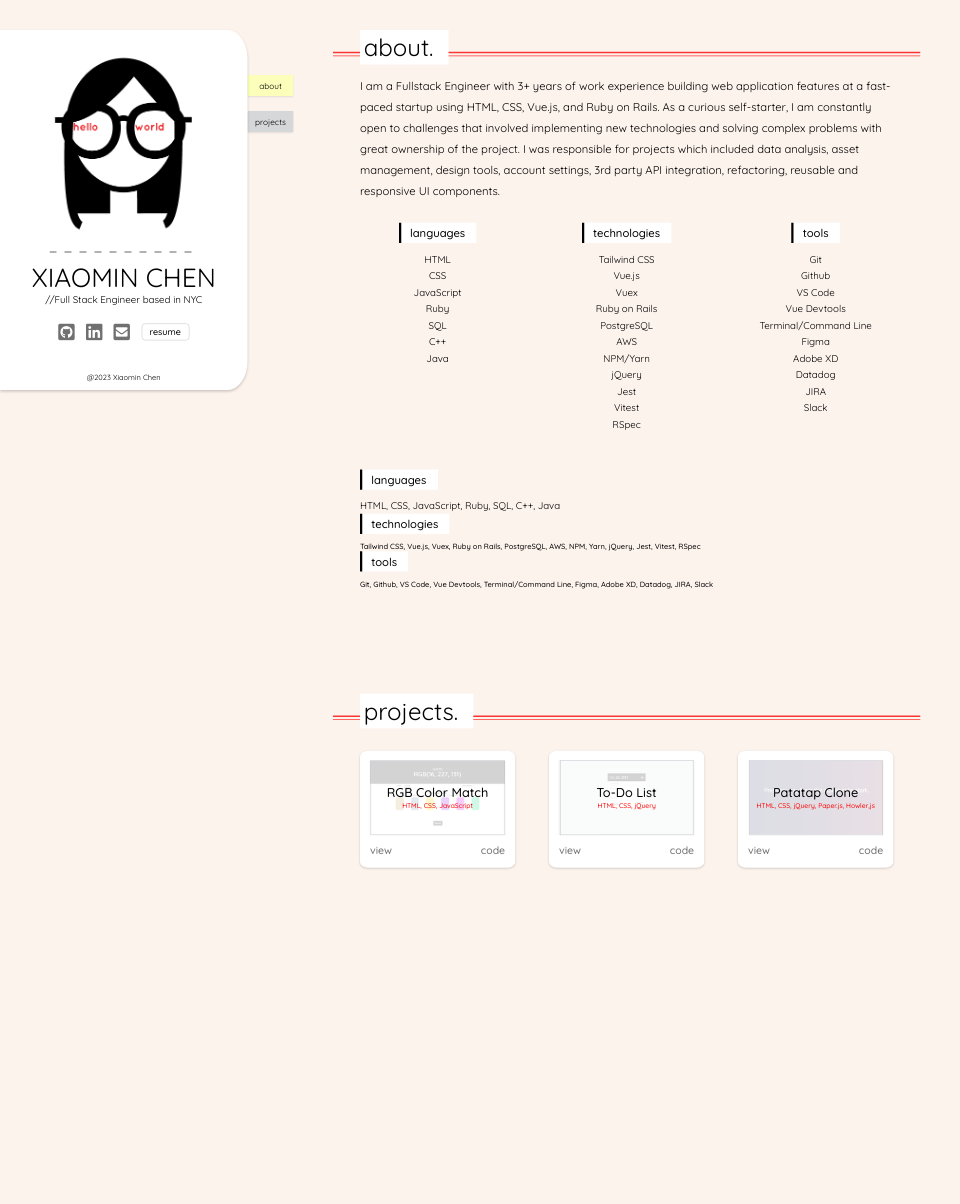
Repository: xchen136/xchen136.github.io
Page: index.html
An editor plug-in stored every save of this project. The page is shown before and after the next save, followed by the edit.
The browser window is 1280 px wide. The pictures show the whole page, at 75% of full size.
Some web libraries are served in a nearby version. The style sheet was rebuilt from its Sass, Less or Tailwind sources for each picture, by a compiler version that may differ from the author's.

Above is the page before, as saved 2023-04-08 13:08:47.

### index.html
<!DOCTYPE html>
<html lang="en">
<head>
	<meta charset="UTF-8">
	<meta name="viewport" content="width=device-width, initial-scale=1.0">
	<link rel="stylesheet" href="css/style.css">
	<link rel="shortcut icon" type="image/png" href="img/icon/favicon-32.png">
	<link rel="stylesheet" href="https://fonts.googleapis.com/css?family=Quicksand:300,400,500,700&display=swap">
	<link rel="stylesheet" href="https://use.fontawesome.com/releases/v5.8.1/css/all.css">
	<script src="https://code.jquery.com/jquery-3.6.4.min.js" integrity="sha256-oP6HI9z1XaZNBrJURtCoUT5SUnxFr8s3BzRl+cbzUq8=" crossorigin="anonymous"></script>

	<title>Xiaomin Chen</title>
</head>

<body class="main-background">
	<header id="home-header" class="header">
		<div class="header__profile">
			<div class="header__profile-logo-box">
				<img class="header__profile-avatar header__profile-logo"
					 alt="xiaomin's cartoon avatar"
					 srcset="img/avatar/cartoon_avatar-1x.png 1x, img/avatar/cartoon_avatar-2x.png 2x"
					 src="img/avatar/cartoon_avatar-2x.png">

				<img class="header__profile-avatar header__profile-photo"
					 alt="xiaomin's photo"
					 srcset="img/avatar/portrait_avatar-1x.jpg 1x, img/avatar/portrait_avatar-2x.jpg 2x"
					 src="img/avatar/portrait_avatar-2x.jpg">
			</div>

			<div class="header__divider-box">
				<div class="header__divider-line"></div>
			</div>

			<div class="header__content">
				<h1 class="heading-primary">
					<div class="heading-primary--main">Xiaomin Chen</div>
					<div class="heading-primary--sub">//Full Stack Engineer based in NYC</div>
				</h1>

				<div class="header__profileLinks">
					<a class="header__profileItem" href="https://github.com/xchen136" target="_blank"><i class="fab fa-github-square"></i></a>

					<a class="header__profileItem" href="https://www.linkedin.com/in/xchen136" target="_blank"><i class="fab fa-linkedin"></i></a>

					<!-- <a class="header__profileItem" href="https://www.instagram.com/wata.hia/" target="_blank"><i class="fab fa-instagram"></i></a> -->

					<a class="header__profileItem header__profileItem--email" tooltip="click to copy email">
						<i class="fas fa-envelope-square"></i>
					</a>

					<span class="header__btn-resume">
						<a href="Xiaomin_Chen_Resume.pdf" download>resume</a>
					</span>
				</div>

				<footer class="footer--home">@2023 Xiaomin Chen</footer>
			</div>
		</div>

		<nav id="home-nav" class="section-tab">
			<ul>
				<li class="section-tab__item section-tab__item--about"><a class="section-tab__link" href="#about">about</a></li>
				<!-- <li class="section-tab__item section-tab__item--design"><a class="section-tab__link" href="#design">design</a></li> -->
				<li class="section-tab__item section-tab__item--develop"><a class="section-tab__link" href="#projects">projects</a></li>
			</ul>
		</nav>
	</header>

	<main class="content">
		<section id="about" class="section-about">

			<div class="section-title">
				<div class="section-title__divider"></div>
				<h2 class="heading-secondary heading-secondary--sectionTitle">about.</h2>
			</div>

			<p class="section-about__summary">I am a Fullstack Engineer with 3+ years of work experience building web application features at a fast-paced startup using HTML, CSS, Vue.js, and Ruby on Rails.
				As a curious self-starter, I am constantly open to challenges that involved implementing new technologies and solving complex problems with great ownership of the project.
				I was responsible for projects which included data analysis, asset management, design tools, account settings, 3rd party API integration, refactoring, reusable and responsive UI components. </p>

			<div class="skill-box-row skill-box row">
				<div class="col-1-of-3">
					<!-- <img class="icon"
						 alt="icon for languages"
						 srcset="img/icon/icon-tech-1x.png 1x, img/icon/icon-tech-2x.png 2x"
						 src="img/icon/icon-tech-2x.png"> -->

					<h3 class="heading-tertiary skill-title">Languages</h3>
					<ul class="skill">
						<li class="skill__item">HTML</li>
						<li class="skill__item">CSS</li>
						<li class="skill__item">JavaScript</li>
						<li class="skill__item">Ruby</li>
						<li class="skill__item">SQL</li>
						<li class="skill__item">C++</li>
						<li class="skill__item">Java</li>
					</ul>
				</div>
				<div class="col-1-of-3">
					<!-- <img class="icon"
						 alt="icon for technology"
						 srcset="img/icon/icon-tech-1x.png 1x, img/icon/icon-tech-2x.png 2x"
						 src="img/icon/icon-tech-2x.png"> -->

					<h3 class="heading-tertiary skill-title">Technologies</h3>
					<ul class="skill">
						<li class="skill__item">Tailwind CSS</li>
						<li class="skill__item">Vue.js</li>
						<li class="skill__item">Vuex</li>
						<li class="skill__item">Ruby on Rails</li>
						<li class="skill__item">PostgreSQL</li>
						<li class="skill__item">AWS</li>
						<li class="skill__item">NPM/Yarn</li>
						<li class="skill__item">jQuery</li>
						<li class="skill__item">Jest</li>
						<li class="skill__item">Vitest</li>
						<li class="skill__item">RSpec</li>
					</ul>
				</div>
				<div class="col-1-of-3">
					<!-- <img class="icon"
						 alt="icon for tool"
						 srcset="img/icon/icon-tool-1x.png 1x, img/icon/icon-tool-2x.png 2x"
						 src="img/icon/icon-tool-2x.png"> -->
					<h3 class="heading-tertiary skill-title">Tools</h3>
					<ul class="skill">
						<li class="skill__item">Git</li>
						<li class="skill__item">Github</li>
						<li class="skill__item">VS Code</li>
						<li class="skill__item">Vue Devtools</li>
						<li class="skill__item">Terminal/Command Line</li>
						<li class="skill__item">Figma</li>
						<li class="skill__item">Adobe XD</li>
						<li class="skill__item">Datadog</li>
						<li class="skill__item">JIRA</li>
						<li class="skill__item">Slack</li>
					</ul>
				</div>
				<!-- <div class="col-1-of-3">
					<img class="icon"
						 alt="icon for design"
						 srcset="img/icon/icon-design-1x.png 1x, img/icon/icon-design-2x.png 2x"
					     src="img/icon/icon-design-2x.png">
					<h3 class="heading-tertiary skill-title">Design</h3>
					<ul class="skill">
						<li class="skill__item">Logo</li>
						<li class="skill__item">Poster</li>
						<li class="skill__item">Brochure</li>
						<li class="skill__item">Application</li>
						<li class="skill__item">Website</li>
					</ul>
				</div> -->
			</div>

			<div class="skill-box-col">
				<div class="">
					<h3 class="heading-tertiary skill-title">Languages</h3>
					<div class="skill">

						HTML, CSS, JavaScript, Ruby, SQL, C++, Java
					</div>
					<!-- <ul class="skill">
						<li class="skill__item">HTML</li>
						<li class="skill__item">CSS</li>
						<li class="skill__item">JavaScript</li>
						<li class="skill__item">Ruby</li>
						<li class="skill__item">SQL</li>
						<li class="skill__item">C++</li>
						<li class="skill__item">Java</li>
					</ul> -->
				</div>
				<div class="">
					<h3 class="heading-tertiary skill-title">Technologies</h3>
					<div>Tailwind CSS, Vue.js, Vuex, Ruby on Rails, PostgreSQL, AWS, NPM, Yarn, jQuery, Jest, Vitest, RSpec</div>
				</div>
				<div class="">
					<h3 class="heading-tertiary skill-title">Tools</h3>
					<div>Git, Github, VS Code, Vue Devtools, Terminal/Command Line, Figma, Adobe XD, Datadog, JIRA, Slack</div>
				</div>
			</div>
		</section>

		<!-- Jumping to <section> fail to change section-tab color to yellow, so will jump to id="design" class="locator" -->
		<!-- <section class="section-design">
			<div id="design" class="locator"></div>

			<div class="section-title">
				<div class="section-title__divider section-title__divider--long"></div>
				<h2 class="heading-secondary heading-secondary--sectionTitle">design.</h2>
			</div>

			<div class="section-design__content">
				<div class="row">
					<div class="col-1-of-4">
						<a href="design-chopstick.html">
							<div class="design-cover">
								<img class="design-cover__img"
									 alt="cropped cover for chopstick expedition's booklet design"
									 srcset="img/design-cover/chopstick-1x.jpg 1x, img/design-cover/chopstick-2x.jpg 2x"
									 src="img/design-cover/chopstick-2x.jpg">

								<div class="design-cover__content">
									<div class="design-cover__title">
										<p class="design-cover__title--main">Chopstick</p>
										<p class="design-cover__title--sub">Booklet</p>
									</div>
								</div>
							</div>
						</a>
					</div>
					<div class="col-1-of-4">
						<a href="design-yusaku.html">
							<div class="design-cover">
								<img class="design-cover__img"
									 alt="cropped cover for kamekura yusaku's design project"
									 srcset="img/design-cover/yusaku-eblast-1x.jpg 1x,
									         img/design-cover/yusaku-eblast-2x.jpg 2x"
								 	 src="img/design-cover/yusaku-eblast-2x.jpg">

								<div class="design-cover__content">
									<div class="design-cover__title">
										<p class="design-cover__title--main">Yusaku</p>
										<p class="design-cover__title--sub">Poster + Flyer</p>
									</div>
								</div>
							</div>
						</a>
					</div>
					<div class="col-1-of-4">
						<a href="design-ohny.html">
							<div class="design-cover">
								<img class="design-cover__img"
									 alt="cropped cover for open house new york's brochure design"
									 srcset="img/design-cover/ohny-1x.jpg 1x, img/design-cover/ohny-2x.jpg 2x"
									 src="img/design-cover/ohny-2x.jpg">

								<div class="design-cover__content">
									<div class="design-cover__title">
										<p class="design-cover__title--main">OHNY</p>
										<p class="design-cover__title--sub">Brochure</p>
									</div>
								</div>
							</div>
						</a>
					</div>
					<div class="col-1-of-4">
						<a href="design-metrofare.html">
							<div class="design-cover">
								<img class="design-cover__img"
									 alt="cropped cover for metrofare refill's app interface design"
									 srcset="img/design-cover/metrofare-refill-1x.jpg 1x,
									      img/design-cover/metrofare-refill-2x.jpg 2x"
									 src="img/design-cover/metrofare-refill-2x.jpg">

								<div class="design-cover__content">
									<div class="design-cover__title">
										<p class="design-cover__title--main">MetroFare Refill</p>
										<p class="design-cover__title--sub">App Interface</p>
									</div>
								</div>
							</div>
						</a>
					</div>
				</div>

				<div class="row">
					<div class="col-1-of-4">
						<a href="design-forest.html">
							<div class="design-cover">
								<img class="design-cover__img"
									 alt="cropped cover for the forest's movie poster design"
								     srcset="img/design-cover/the-forest-1x.jpg 1x, img/design-cover/the-forest-2x.jpg 2x"
								     src="img/design-cover/the-forest-2x.jpg">

								<div class="design-cover__content">
									<div class="design-cover__title">
										<p class="design-cover__title--main">The Forest</p>
										<p class="design-cover__title--sub">Poster</p>
									</div>
								</div>
							</div>
						</a>
					</div>
					<div class="col-1-of-4">
						<a href="design-sexualOffense.html">
							<div class="design-cover">
								<img class="design-cover__img"
									 alt="cropped cover for sexual offense's data visualization poster design"
									 srcset="img/design-cover/sexual-offense-1x.jpg 1x,
									 		 img/design-cover/sexual-offense-2x.jpg 2x"
									 src="img/design-cover/sexual-offense-2x.jpg">
								<div class="design-cover__content">
									<div class="design-cover__title">
										<p class="design-cover__title--main">Sexual Offense</p>
										<p class="design-cover__title--sub">Poster</p>
									</div>
								</div>
							</div>
						</a>
					</div>
					<div class="col-1-of-4">
						<a href="design-skyscraper.html">
							<div class="design-cover">
								<img class="design-cover__img"
									 alt="cropped cover for walking skyscraper's typography poster design"
									 srcset="img/design-cover/walking-skyscraper-1x.jpg 1x,
									 		 img/design-cover/walking-skyscraper-2x.jpg 2x"
									 src="img/design-cover/walking-skyscraper-2x.jpg">
								<div class="design-cover__content">
									<div class="design-cover__title">
										<p class="design-cover__title--main">Skyscraper</p>
										<p class="design-cover__title--sub">Poster</p>
									</div>
								</div>
							</div>
						</a>
					</div>
					<div class="col-1-of-4">
						<a href="design-superstudio.html">
							<div class="design-cover">
								<img class="design-cover__img"
									 alt="cropped cover for superstudio's world vision visual identity design"
									 srcset="img/design-cover/superstudio-1x.png 1x, img/design-cover/superstudio-2x.png 2x"
									 src="img/design-cover/superstudio-2x.png">
								<div class="design-cover__content">
									<div class="design-cover__title">
										<p class="design-cover__title--main">Superstudio</p>
										<p class="design-cover__title--sub">Logo</p>
									</div>
								</div>
							</div>
						</a>
					</div>
				</div>
			</div>


		</section> -->

		<section class="section-develop"> <!-- section-tab won't change to yellow when it jumps to this location-->

			<!-- to jump to a nice looking location-->
			<div id="projects" class="locator"></div>

			<div class="section-title">
				<div class="section-title__divider"></div>
				<h2 class="heading-secondary heading-secondary--sectionTitle">projects.</h2>
			</div>

			<div class="row">
				<div class="col-1-of-3 col-1-of-1">
					<div class="develop-cover">
						<div class="develop-cover__content">
							<img class="develop-cover__img"
								 alt="cover for the rgb color match coding project"
								 srcset="img/develop-cover/rgb-game-1x.png 1x, img/develop-cover/rgb-game-2x.png 2x"
								 src="img/develop-cover/rgb-game-2x.png">

							<div class="develop-cover__title">
								<p class="develop-cover__title--main">RGB Color Match</p>
								<p class="develop-cover__title--sub">HTML, CSS, JavaScript</p>
							</div>
						</div>

						<div class="develop-cover__btns">
							<a class="develop-cover__link develop-cover__link--left" href="coding-project/rgb-game/RGBgame.html" target="_blank">view</a>
							<a class="develop-cover__link develop-cover__link--right" href="https://github.com/xchen136/RGB-Color-Match" target="_blank">code</a>
						</div>
					</div>
				</div>

				<div class="col-1-of-3 col-1-of-1">
					<div class="develop-cover">
						<div class="develop-cover__content">
							<img class="develop-cover__img"
								 alt="cover for the todo list coding project"
								 srcset="img/develop-cover/todo-list-1x.png 1x, img/develop-cover/todo-list-2x.png 2x"
								 src="img/develop-cover/todo-list-2x.png">


							<div class="develop-cover__title">
								<p class="develop-cover__title--main">To-Do List</p>
								<p class="develop-cover__title--sub">HTML, CSS, jQuery</p>
							</div>
						</div>

						<div class="develop-cover__btns">
							<a class="develop-cover__link develop-cover__link--left" href="coding-project/todo-list/todo.html" target="_blank">view</a>
							<a class="develop-cover__link develop-cover__link--right" href="https://github.com/xchen136/To-do-List" target="_blank">code</a>
						</div>
					</div>
				</div>

				<div class="col-1-of-3 col-1-of-1">
					<div class="develop-cover">
						<div class="develop-cover__content">
							<img class="develop-cover__img"
								 alt="cover for the patatap coding project"
								 srcset="img/develop-cover/patatap-1x.png 1x, img/develop-cover/patatap-2x.png 2x"
								 src="img/develop-cover/patatap-2x.png">

							<div class="develop-cover__title">
								<p class="develop-cover__title--main">Patatap Clone</p>
								<p class="develop-cover__title--sub">HTML, CSS, jQuery, Paper.js, Howler,js</p>
							</div>
						</div>

						<div class="develop-cover__btns">
							<a class="develop-cover__link develop-cover__link--left" href="coding-project/patatap-clone/patatap.html" target="_blank">view</a>
							<a class="develop-cover__link develop-cover__link--right" href="https://github.com/xchen136/Patatap-Clone" target="_blank">code</a>
						</div>
					</div>
				</div>
			</div>

			<div class="row">
				<!-- <div class="col-1-of-3 col-1-of-1">
					<div class="develop-cover">
						<div class="develop-cover__content">
							<img class="develop-cover__img"
								 alt="cover for the step counting data visualization coding project"
								 srcset="img/develop-cover/step-counting-1x.png 1x,
								 		 img/develop-cover/step-counting-2x.png 2x"
								 src="img/develop-cover/step-counting-2x.png">

							<div class="develop-cover__title">
								<p class="develop-cover__title--main">Data Visualization</p>
								<p class="develop-cover__title--sub">HTML, CSS, jQuery, D3.js</p>
							</div>
						</div>

						<div class="develop-cover__btns">
							<a class="develop-cover__link develop-cover__link--left" href="coding-project/step-counting/step-counting.html" target="_blank">view</a>
							<a class="develop-cover__link develop-cover__link--right" href="https://github.com/xchen136/Step-Counting-and-Screen-Time" target="_blank">code</a>
						</div>
					</div>
				</div>	 -->

				<!-- <div class="col-1-of-3 col-1-of-1">
					<div class="develop-cover">
						<div class="develop-cover__content">
							<img class="develop-cover__img"
								 alt="cover for the song finder coding project"
								 srcset="img/develop-cover/song-finder-1x.png 1x, img/develop-cover/song-finder-2x.png 2x"
								 src="img/develop-cover/song-finder-2x.png">

							<div class="develop-cover__title">
								<p class="develop-cover__title--main">Song Track Finder</p>
								<p class="develop-cover__title--sub">HTML, CSS, jQuery, last.fm API</p>
							</div>
						</div>

						<div class="develop-cover__btns">
							<a class="develop-cover__link develop-cover__link--left" href="coding-project/song-track-finder/song-track-finder.html" target="_blank">view</a>
							<a class="develop-cover__link develop-cover__link--right" href="https://github.com/xchen136/Song-Track" target="_blank">code</a>
						</div>
					</div>
				</div>	 -->

<!-- 				<div class="col-1-of-3 col-1-of-1">
					<div class="develop-cover">
						<div class="develop-cover__content">
							<img class="develop-cover__img" src="#" alt="image cover for coding project ---">

							<div class="develop-cover__title">
								<p class="develop-cover__title--main">Coming Soon...</p>
								<p class="develop-cover__title--sub">%$#%#I^</p>
							</div>
						</div>

						<div class="develop-cover__btns">
							<a class="develop-cover__link develop-cover__link--left" href="#develop" target="_blank">view</a>
							<a class="develop-cover__link develop-cover__link--right" href="#develop" target="_blank">code</a>
						</div>
					</div>
				</div>	 -->
			</div>
		</section>

		<section class="section-contact"></section>
	</main>

	<script type="text/javascript" src="js/homepage.js"></script>
</body>
</html>

### sass/main.scss


@import "abstracts/mixins";
@import "abstracts/variables";

@import "base/animations";
@import "base/base";
@import "base/typography";
@import "base/utilities";

@import "components/autoSlide";
@import "components/card";
@import "components/design-cover";
@import "components/develop-cover";
@import "components/scroll-indicator";
@import "components/section-title";

@import "layout/design-content";
@import "layout/design-nav";
@import "layout/footer";
@import "layout/grid";
@import "layout/header";
@import "layout/section-tab";

@import "pages/home";

### sass/abstracts/_variables.scss


//GRID
$grid-width: 114rem;
$gutter-vertical-huge: 7rem;
$gutter-vertical-big: 6rem;
$gutter-vertical: 5rem;
$gutter-vertical-small: 3rem;
$gutter-horizontal-gigantic: 10rem;
$gutter-horizontal-huge: 7rem;
$gutter-horizontal: 4.5rem;
$gutter-horizontal-small: 3.5rem;
$gutter-horizontal-tiny: 2rem;
$gutter-horizontal-mini: 1rem;


//COLORS
$color-primary: #FDF3ED;
$color-gray: #D5D7DB;
$color-gray-dark: #707070;
$color-red: #FB0808;
$color-yellow: #FBFFB9;


//BOX-SHADOW
$shadow-default: 0 2px 4px rgba(#000000, .2);
$shadow-light: 0 1px 3px rgba(#000000, .2);


//HEADER WIDTH
$header-width-tabLand: 30rem;
$header-width-desktop: 35rem;

### sass/base/_utilities.scss

.u-margin-bottom-mini{
	margin-bottom: 1rem !important;
}

### sass/layout/_footer.scss


.footer{
	&--home{
		position: absolute;
		@include centerH;
		bottom: 1rem;
		font-weight: 400;

		@include respond(big-tab-port){
			font-size: 1.3rem;
		}

		@include respond(big-phone){
			font-weight: 500;
		}

		@include respond(sm-phone){
			font-size: 1.6rem;
			bottom: 2rem;
		}
	}

	&--design{
		display: flex;
		align-items: center;
		justify-content: center;
		height: 6vh;
		font-size: 1.2rem;

		@include respond(sm-tab-port){
			font-size: 2rem;
			height: 6rem;
		}

		@include respond(big-phone){
			font-size: 2.2rem;
			height: 7rem;
		}

		@include respond(sm-phone){
			font-size: 2.5rem;
		}
	}
}

Loaded but not shown: js/homepage.js (65 lines, source omitted); sass/layout/_header.scss (326 lines, source omitted); sass/layout/_grid.scss (164 lines, source omitted); sass/layout/_design-content.scss (205 lines, source omitted); sass/pages/_home.scss (214 lines, source omitted); sass/components/_develop-cover.scss (183 lines, source omitted); sass/base/_typography.scss (167 lines, source omitted); sass/abstracts/_mixins.scss (92 lines, source omitted); sass/components/_design-cover.scss (126 lines, source omitted); sass/layout/_design-nav.scss (135 lines, source omitted); sass/components/_card.scss (103 lines, source omitted); sass/base/_base.scss (57 lines, source omitted); sass/components/_autoSlide.scss (66 lines, source omitted); sass/layout/_section-tab.scss (67 lines, source omitted); sass/components/_section-title.scss (47 lines, source omitted); sass/components/_scroll-indicator.scss (53 lines, source omitted); sass/base/_animations.scss (92 lines, source omitted)

After the next save:
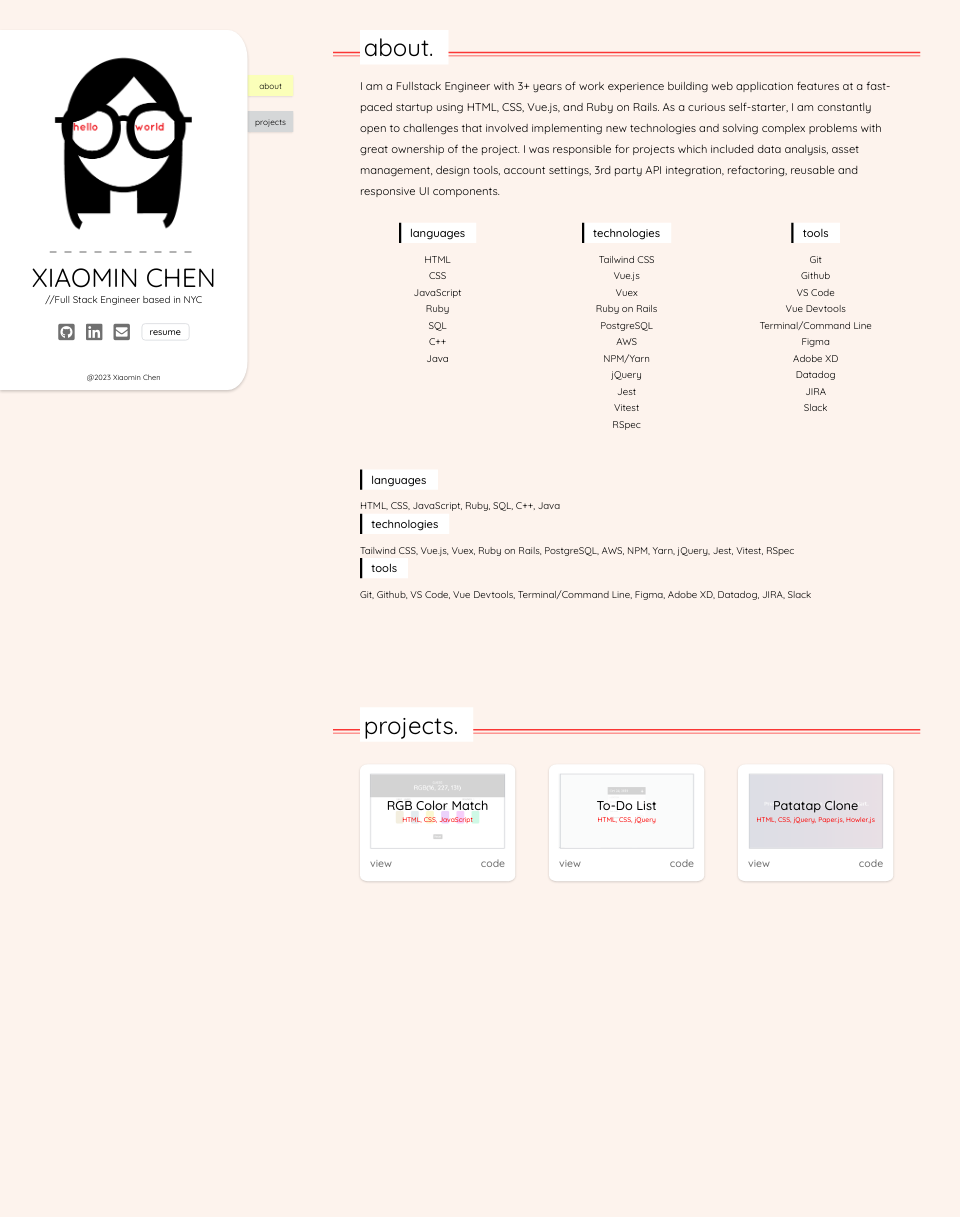
Saved 20 s later.
--- a/index.html
+++ b/index.html
@@ -156,26 +156,16 @@
 				<div class="">
 					<h3 class="heading-tertiary skill-title">Languages</h3>
 					<div class="skill">
-
 						HTML, CSS, JavaScript, Ruby, SQL, C++, Java
 					</div>
-					<!-- <ul class="skill">
-						<li class="skill__item">HTML</li>
-						<li class="skill__item">CSS</li>
-						<li class="skill__item">JavaScript</li>
-						<li class="skill__item">Ruby</li>
-						<li class="skill__item">SQL</li>
-						<li class="skill__item">C++</li>
-						<li class="skill__item">Java</li>
-					</ul> -->
 				</div>
 				<div class="">
 					<h3 class="heading-tertiary skill-title">Technologies</h3>
-					<div>Tailwind CSS, Vue.js, Vuex, Ruby on Rails, PostgreSQL, AWS, NPM, Yarn, jQuery, Jest, Vitest, RSpec</div>
+					<div class="skill">Tailwind CSS, Vue.js, Vuex, Ruby on Rails, PostgreSQL, AWS, NPM, Yarn, jQuery, Jest, Vitest, RSpec</div>
 				</div>
 				<div class="">
 					<h3 class="heading-tertiary skill-title">Tools</h3>
-					<div>Git, Github, VS Code, Vue Devtools, Terminal/Command Line, Figma, Adobe XD, Datadog, JIRA, Slack</div>
+					<div class="skill">Git, Github, VS Code, Vue Devtools, Terminal/Command Line, Figma, Adobe XD, Datadog, JIRA, Slack</div>
 				</div>
 			</div>
 		</section>
